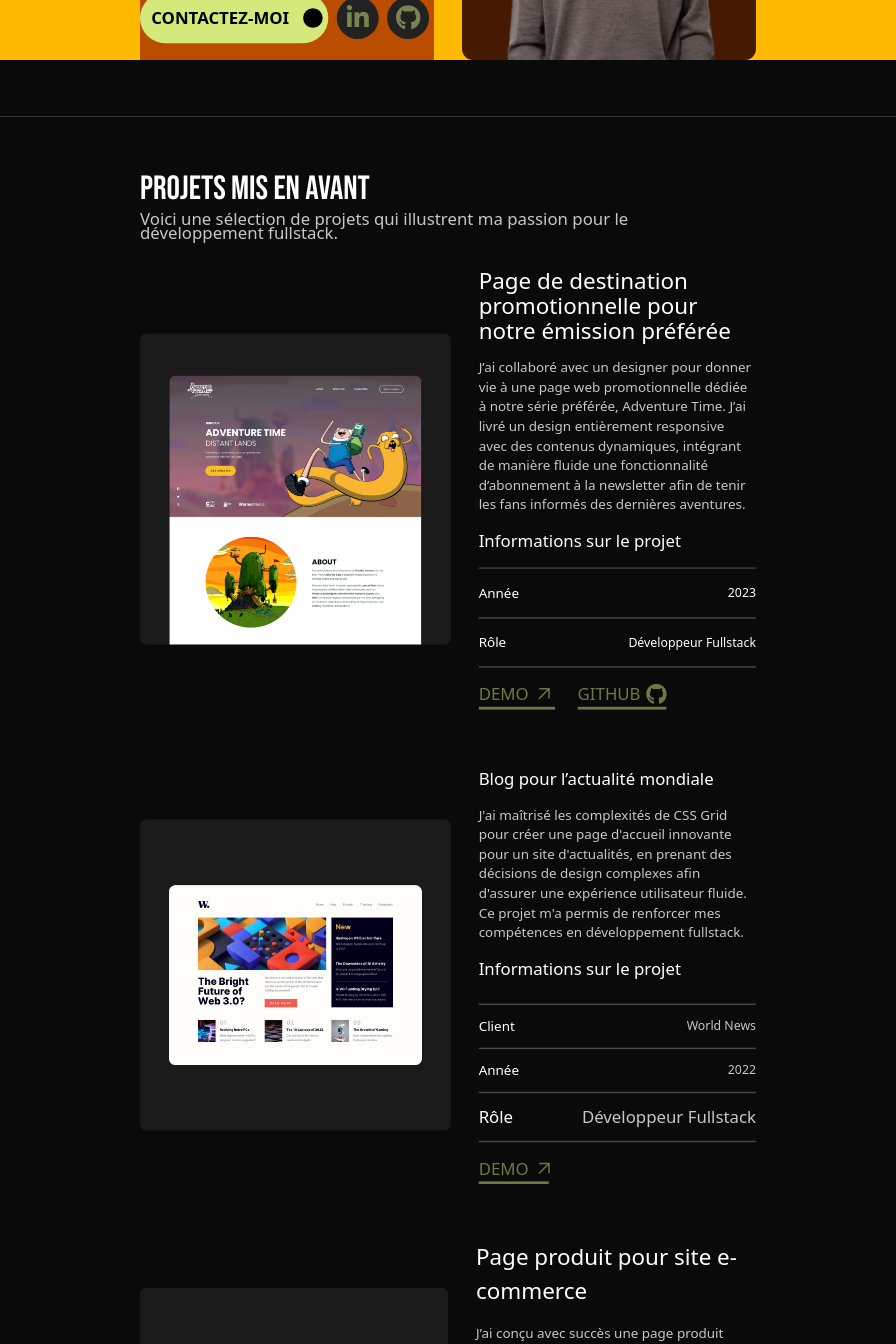
Repository: muslimdrame37-oss/Portfolio1
Page: src/index.html
An editor plug-in stored every save of this project. The page is shown before and after the next save, followed by the edit.
The browser window is 1280 px wide. The pictures show the part of the page from y = 494 to 2414 px (the page is 4420 px tall before and 4412 px after), at 70% of full size.
Some web fonts or font styles are not loaded; a fallback is used. Some web libraries are served in a nearby version.

Above is the page before, as saved 2026-02-11 20:48:59.

### src/index.html
<!doctype html>
<html lang="fr">
<head>
    <meta charset="UTF-8">
    <meta name="viewport" content="width=device-width, initial-scale=1.0">
    <meta name="description" content="Portfolio de Muslim Drame - Développeur Fullstack basé à Dakar">
    <title>Muslim Drame - Développeur Fullstack</title>

    <!-- Fonts -->
    <link rel="stylesheet" href="https://fonts.googleapis.com/css2?family=Bebas+Neue&display=swap">
    <link rel="stylesheet" href="https://fonts.googleapis.com/css2?family=Material+Symbols+Outlined:opsz,wght,FILL,GRAD@20..48,100..700,0..1,-50..200&icon_names=arrow_outward">

    <!-- Styles -->
    <link href="./output.css" rel="stylesheet">

    <!-- Icons -->
    <script src="https://kit.fontawesome.com/31ee52f68e.js" crossorigin="anonymous"></script>
</head>

<body class="bg-[#0A0A0A]">
    <!-- ========== HEADER ========== -->
    <header class="flex items-center justify-between py-4 px-5 lg:px-20">
        <h1 class="text-[#C7C7C7] text-[2rem] lg:text-4xl font-bebas">MUSLIM DRAME</h1>

        <!-- Navigation Desktop -->
        <nav class="hidden lg:flex justify-between py-8 text-[#C7C7C7] text-[1.2rem]" aria-label="Navigation principale">
            <ul class="flex gap-10">
                <li><a href="index.html" class="hover:text-[#D3E97A] transition-colors">Projets</a></li>
                <li><a href="a_propos.html" class="hover:text-[#D3E97A] transition-colors">À propos</a></li>
                <li><a href="#contact" class="hover:text-[#D3E97A] transition-colors">Contact</a></li>
            </ul>
        </nav>

        <!-- Menu Mobile -->
        <button class="lg:hidden" aria-label="Menu mobile">
            <svg xmlns="http://www.w3.org/2000/svg" height="40px" viewBox="0 -960 960 960" width="40px" fill="#484848">
                <path d="M120-680v-80h720v80H120Zm0 480v-80h720v80H120Zm0-240v-80h720v80H120Z"/>
            </svg>
        </button>
    </header>

    <!-- ========== MAIN CONTENT ========== -->
    <main>

        <!-- ========== SECTION HERO ========== -->
        <section class="px-5 mt-10 flex flex-col justify-between gap-10 lg:flex-row lg:px-50 bg-amber-400" aria-label="Section d'accueil">
            <!-- Contenu texte -->
            <div class="flex flex-col gap-5 justify-center lg:w-1/2 bg-amber-700">
                <h2 class="text-white text-[3rem] font-bebas lg:text-[5rem] lg:leading-20 leading-15 bg-black">HI, I AM <br> MUSLIM DRAME.</h2>
                <p class="text-1xl text-[#C7C7C7] lg:text-2xl">
                    Un développeur fullstack basé à Dakar, passionné par la création de sites web accessibles et conviviaux.
                </p>

                <!-- Boutons d'action -->
                <div class="flex gap-3 items-center">
                    <!-- Bouton Contact -->
                    <a href="#contact" class="bg-[#D3E97A] flex justify-between items-center pl-2 text-black font-bold text-[1rem] rounded-[100px] gap-1 lg:gap-3 py-2 lg:py-4 lg:text-[1.5rem] lg:pl-4 hover:bg-[#c5db6f] transition-colors">
                        CONTACTEZ-MOI
                        <span class="w-11 h-10 flex items-center justify-center">
                            <span class="bg-black w-4 h-4 rounded-full lg:w-7 lg:h-7"></span>
                        </span>
                    </a>

                    <!-- Réseaux sociaux -->
                    <a href="#" class="w-10 h-10 rounded-full bg-[#222222] flex justify-center items-center lg:w-15 lg:h-15 hover:bg-[#333333] transition-colors" aria-label="LinkedIn">
                        <i class="fa-brands fa-linkedin-in text-[#D3E97A] text-2xl lg:text-4xl animate-pulse"></i>
                    </a>
                    <a href="#" class="w-10 h-10 rounded-full bg-[#222222] flex justify-center items-center lg:w-15 lg:h-15 hover:bg-[#333333] transition-colors" aria-label="GitHub">
                        <i class="fa-brands fa-github text-2xl lg:text-4xl text-[#D3E97A] animate-pulse"></i>
                    </a>
                </div>
            </div>

            <!-- Image hero -->
            <div class="bg-[#C7C7C7] rounded-2xl  bg-amber-950 lg:w-1/2">
                <img src="image/image1.png" alt="Portrait de Muslim Drame" width="880" class="w-full h-auto">
            </div>
        </section>

        <!-- Séparateur -->
        <hr class="border-[#484848] border-t mt-20">

        <!-- ========== SECTION PROJETS ========== -->

        <section class="flex flex-col px-8 mt-20 lg:px-50">
            <div class="flex flex-col gap-2">
                <h2 class="text-4xl text-white font-bebas lg:text-5xl">PROJETS MIS EN AVANT</h2>
                <p class="text-2xl text-[#C7C7C7] leading-5">Voici une sélection de projets qui illustrent ma passion pour le développement fullstack.</p>
            </div>
            <div class="flex flex-col lg:flex-row gap-10 mt-10 lg:w-[1,224px] justify-center items-center">
                <div>
                    <img src="image/image2.png" alt="" class="w-4xl">
                </div>
                <!-- INFORMATION -->
                <!-- TITRE ET DESCCRIPTION -->
                <div class=" lg:w-200 flex flex-col gap-5 ">
                    <div class="flex flex-col gap-5">
                        <h2 class="text-white text-[2rem] leading-9">Page de destination promotionnelle pour notre émission préférée</h2>
                        <p class="text-[#C7C7C7] leading-7 text-[1.2rem]">J’ai collaboré avec un designer pour donner vie à une page web promotionnelle dédiée à notre série préférée, Adventure Time. J’ai livré un design entièrement responsive avec des contenus dynamiques, intégrant de manière fluide une fonctionnalité d’abonnement à la newsletter afin de tenir les fans informés des dernières aventures.</p>
                    </div>
                    <!-- INFORMATION SUR LE PROJET -->
                    <div class=" flex flex-col gap-5">
                        <h3 class="text-white text-[1.5rem]">Informations sur le projet</h3>
                        <div class="flex flex-col gap-5">
                            <div class="w-full border-[#484848] border"></div>

                            <div class="flex justify-between">
                                <p class="text-white text-[1.2rem]">Année</p>
                                <p class="text-white text-[1.1rem]">2023</p>
                            </div>

                            <div class="w-full border-[#484848] border"></div>

                            <div class="flex justify-between">
                                <p class="text-white text-[1.2rem]">Rôle</p>
                                <p class="text-white text-[1.1rem]">Développeur Fullstack</p>
                            </div>

                            <div class="w-full border-[#484848] border"></div>

                        </div>
                    </div>

                    <!-- LIEN DEMO & GITHUB -->

                    <div class="flex gap-8">
                        <a href="#">
                            <div class="animate-pulse">
                            <div class="flex items-center gap-2 ">
                                <p class="text-[#D3E97A] text-[1.5rem]">DEMO</p>
                                <svg xmlns="http://www.w3.org/2000/svg" height="30px" viewBox="0 -960 960 960" width="30px" fill="#D3E97A"><path d="M246.67-244 200-290.67l402.67-402.66H236V-760h480v480h-66.67v-366.67L246.67-244Z"/></svg>
                            </div>
                            <div class="w-full border-[#D3E97A] border-2"></div>
                        </div>
                        </a>
                        <a href="#">
                            <div class="animate-pulse">
                            <div class="flex items-center gap-2">
                                <p class="text-[#D3E97A] text-[1.5rem]">GITHUB</p>
                                <i class="fa-brands fa-github text-3xl text-[#D3E97A]"></i>
                            </div>
                            <div class="w-full border-[#D3E97A] border-2"></div>
                        </div>
                        </a>

                    </div>
                </div>
            </div>
        </section>

        <!-- PROJET 2 -->

        <section class="flex flex-col px-8 mt-20 gap-8 lg:gap-10 lg:flex-row lg:px-50 items-center">
            <div>
                <img src="image/image3.png" alt="" class="w-4xl">
            </div>
            <div class="lg:w-200 flex flex-col gap-5">
                <div class="flex flex-col gap-5">
                    <h2 class="text-white text-[1.5rem]">Blog pour l’actualité mondiale</h2>
                    <p class="text-[#C7C7C7] text-[1.2rem] leading-7">J'ai maîtrisé les complexités de CSS Grid pour créer une page d'accueil innovante pour un site d'actualités, en prenant des décisions de design complexes afin d'assurer une expérience utilisateur fluide. Ce projet m'a permis de renforcer mes compétences en développement fullstack.</p>
                </div>
                <div class="flex flex-col gap-8">
                    <div class="text-[1.5rem] text-white ">Informations sur le projet</div>
                    <div class="flex flex-col gap-4">
                        <div class="w-full border-[#484848] border "></div>
                        <div class="flex justify-between">
                            <p class="text-white text-[1.2rem]">Client</p>
                            <p class="text-[#C7C7C7] text-[1.1rem]">World News</p>
                        </div>
                        <div class="w-full border-[#484848] border "></div>
                        <div class="flex justify-between">
                            <p class="text-white text-[1.2rem]">Année</p>
                            <p class="text-[#C7C7C7] text-[1.1rem]">2022</p>
                        </div>
                        <div class="w-full border-[#484848] border "></div>
                        <div class="flex justify-between">
                            <p class="text-white text-[1.5rem]">Rôle</p>
                            <p class="text-[#C7C7C7] text-[1.5rem]">Développeur Fullstack</p>
                        </div>
                        <div class="w-full border-[#484848] border "></div>
                    </div>
                </div>
                <a href="#">
                    <div class="flex flex-col animate-pulse">
                    <div class="flex items-center gap-2">
                        <p class="text-[#D3E97A] text-[1.5rem]">DEMO</p>
                        <svg xmlns="http://www.w3.org/2000/svg" height="30px" viewBox="0 -960 960 960" width="30px" fill="#D3E97A"><path d="M246.67-244 200-290.67l402.67-402.66H236V-760h480v480h-66.67v-366.67L246.67-244Z"/></svg>
                    </div>
                    <div class="w-25 border-[#D3E97A] border-2"></div>
                </div>
                </a>
            </div>
        </section>

        <!-- PROJET 3 -->

        <section class="mt-20 flex flex-col px-8 gap-8 lg:gap-10 lg:flex-row lg:px-50 items-center">
            <img src="image/image3.png" alt="" class="w-full lg:w-1/2">
            <div class="w-full lg:w-1/2 flex flex-col gap-5">
                <div class="flex flex-col gap-5">
                    <h2 class="text-white text-[2rem]">Page produit pour site e-commerce</h2>
                    <p class="text-[#C7C7C7] text-[1.2rem] leading-8 ">J’ai conçu avec succès une page produit attrayante, intégrant une galerie dynamique en lightbox et un panier fonctionnel fluide, démontrant ma maîtrise du développement en JavaScript.</p>
                </div>
                <div class="flex flex-col gap-5">
                    <div class="text-[1.5rem] text-white lg:mt-5 ">Informations sur le projet</div>
                    <div class="flex flex-col gap-5">
                        <div class="w-full border-[#484848] border "></div>
                        <div class="flex justify-between">
                            <p class="text-white text-[1.2rem]">Année</p>
                            <p class="text-[#C7C7C7] text-[1.1rem]">2022</p>
                        </div>
                        <div class="w-full border-[#484848] border "></div>
                        <div class="flex justify-between">
                            <p class="text-white text-[1.2rem]">Rôle</p>
                            <p class="text-[#C7C7C7] text-[1.1rem]">Développeur Fullstack</p>
                        </div>
                        <div class="w-full border-[#484848] border "></div>
                    </div>
                </div>
                <!-- LIEN DÉMO & GITHUB -->
                <div class="flex gap-8 items-center">
                    <a href="#">
                        <div class="animate-pulse">
                        <div class="flex items-center gap-2">
                            <p class="text-[#D3E97A] text-[1.5rem]">DEMO</p>
                            <svg xmlns="http://www.w3.org/2000/svg" height="30px" viewBox="0 -960 960 960" width="30px" fill="#D3E97A"><path d="M246.67-244 200-290.67l402.67-402.66H236V-760h480v480h-66.67v-366.67L246.67-244Z"/></svg>
                    </div>
                    <div class="w-full border-[#D3E97A] border-2"></div>
                    </div>
                    </a>
                    <a href="#">
                        <div class="animate-pulse">
                        <div class="flex items-center gap-2">
                            <p class="text-[#D3E97A] text-[1.5rem]">GITHUB</p>
                            <i class="fa-brands fa-github text-3xl text-[#D3E97A]"></i>
                        </div>
                        <div class="w-full border-[#D3E97A] border-2"></div>
                    </div>
                    </a>
                </div>
            </div>
        </section>

        <!-- À PROPOS DE MOI -->
        <div class="w-full border-[#484848] border my-10"></div>

        <section class=" flex flex-col px-8 gap-5 lg:flex-row lg:gap-10 lg:px-50 justify-between">
            <div class="text-6xl text-white  lg:w-200 lg:text-[140px] font-bebas">À PROPOS DE MOI</div>
            <div class="lg:w-200">
                <div class="flex flex-col gap-10 ">
                    <p class="text-white text-[1.5rem] ">Je suis développeur Fullstack passionné basé à DAKAR, avec une formation en génie Informatique.</p>
                    <div class="text-[#484848] text-[1.2rem]">Je suis développeur fullstack basé à Dakar, à la recherche d’opportunités stimulantes. Avec une formation en génie informatique, je mets un point d’honneur à privilégier l’accessibilité lors du développement. Passionné et curieux, j’aime résoudre des problèmes complexes.
                    Actuellement, j’explore React.js, Laravel et m’initie également au design. En dehors du codage, j’apprécie jouer au football, la photographie et jouer à la carte. Je continue d’apprendre pour améliorer constamment mes compétences.</div>
                    <a href="a_propos.html" class="text-[#D3E97A] text-[1.5rem] underline underline-offset-8 hover:text-[#c5db6f] transition-colors">EN SAVOIR PLUS SUR MOI</a>
                </div>
            </div>
        </section>

        <hr class="border-[#484848] border-t my-10">

        <!-- ========== SECTION CONTACT ========== -->

        <section id="contact" class="flex flex-col px-8 mb-10 lg:px-50 lg:gap-10 lg:flex-row" aria-label="Formulaire de contact">
            <!-- Informations de contact -->
            <div class="flex flex-col gap-10 lg:w-200">
                <h2 class="lg:text-[100px] text-white font-bold text-4xl font-bebas">ENTRONS EN CONTACT</h2>
                <div class="flex flex-col gap-2">
                    <p class="text-[#C7C7C7] text-[1rem]">
                        Dites moi hello <a href="mailto:muslimdrame37@gmail.com" class="text-white hover:text-[#D3E97A] transition-colors">muslimdrame37@gmail.com</a>
                    </p>
                    <p class="text-white text-[1rem]">Pour en savoir plus sur moi, jetez un coup d'œil à mon <a href="#" class="text-[#D3E97A] underline underline-offset-5 hover:text-[#c5db6f] transition-colors">CV</a></p>
                </div>
                <!-- Réseaux sociaux -->
                <nav class="flex gap-5" aria-label="Réseaux sociaux">
                    <a href="#" aria-label="LinkedIn" class="hover:scale-110 transition-transform">
                        <i class="fa-brands fa-linkedin-in text-[#D3E97A] text-4xl animate-pulse"></i>
                    </a>
                    <a href="#" aria-label="GitHub" class="hover:scale-110 transition-transform">
                        <i class="fa-brands fa-github text-[#D3E97A] text-4xl animate-pulse"></i>
                    </a>
                    <a href="#" aria-label="Twitter" class="hover:scale-110 transition-transform">
                        <i class="fa-brands fa-x-twitter text-[#D3E97A] text-4xl animate-pulse"></i>
                    </a>
                    <a href="#" aria-label="Instagram" class="hover:scale-110 transition-transform">
                        <i class="fa-brands fa-instagram text-[#D3E97A] text-4xl animate-pulse"></i>
                    </a>
                </nav>
            </div>


            <form action="" method="POST" class="flex flex-col gap-5 mt-10 lg:mt-0 w-full lg:w-200">
                <div class="flex flex-col gap-3">
                    <label for="name" class="text-[#C7C7C7] text-[1.5rem]">Nom complet</label>
                    <input class="text-[#C7C7C7] bg-[#1A1A1A] px-6 py-2 rounded-lg text-[1.5rem] focus:outline-none focus:ring-2 focus:ring-[#D3E97A] transition-all" type="text" name="name" placeholder="Muslim" id="name" required>
                </div>
                <div class="flex flex-col gap-3">
                    <label for="email" class="text-[#C7C7C7] text-[1.5rem]">Email</label>
                    <input class="text-[#C7C7C7] bg-[#1A1A1A] px-6 py-2 rounded-lg text-[1.5rem] focus:outline-none focus:ring-2 focus:ring-[#D3E97A] transition-all" type="email" name="email" placeholder="votre@email.com" id="email" required>
                </div>
                <div class="flex flex-col gap-3">
                    <label for="sujet" class="text-[#C7C7C7] text-[1.5rem]">Sujet</label>
                    <input class="text-[#C7C7C7] bg-[#1A1A1A] px-6 py-2 rounded-lg text-[1.5rem] focus:outline-none focus:ring-2 focus:ring-[#D3E97A] transition-all" type="text" name="sujet" placeholder="Sujet de votre message" id="sujet" required>
                </div>
                <div class="flex flex-col gap-3">
                    <label for="message" class="text-[#C7C7C7] text-[1.5rem]">Message</label>
                    <textarea name="message" id="message" rows="6" placeholder="Votre message..." class="text-[#C7C7C7] bg-[#1A1A1A] px-6 py-2 rounded-lg text-[1.5rem] resize-none focus:outline-none focus:ring-2 focus:ring-[#D3E97A] transition-all" required></textarea>
                </div>
                <button type="submit" class="text-black bg-[#D3E97A] py-2 lg:py-4 text-[1rem] font-bold rounded-[100px] w-35 hover:bg-[#c5db6f] transition-colors cursor-pointer">Envoyer</button>
            </form>
        </section>
    </main>

    <!-- ========== FOOTER ========== -->
    <footer class="w-full pb-6">
        <div class="mx-auto flex flex-col lg:flex-row gap-2 lg:gap-8 items-center justify-between border border-white/10 bg-[#1A1A1A] px-6 py-4 text-sm text-[#C7C7C7] backdrop-blur-md">
            <!-- Copyright -->
            <p>© 2026 Muslim Drame. Tous droits réservés.</p>

            <!-- Réseaux sociaux -->
            <nav class="flex items-center gap-2 text-2xl" aria-label="Réseaux sociaux footer">
                <a href="#" class="hover:text-white transition-colors" aria-label="Facebook">
                    <i class="fa-brands fa-facebook"></i>
                </a>
                <a href="#" class="hover:text-white transition-colors" aria-label="Instagram">
                    <i class="fa-brands fa-instagram"></i>
                </a>
                <a href="#" class="hover:text-white transition-colors" aria-label="Twitter">
                    <i class="fa-brands fa-x-twitter"></i>
                </a>
                <a href="#" class="hover:text-white transition-colors" aria-label="GitHub">
                    <i class="fa-brands fa-github"></i>
                </a>
                <a href="#" class="hover:text-white transition-colors" aria-label="YouTube">
                    <i class="fa-brands fa-youtube"></i>
                </a>
            </nav>
        </div>
    </footer>

</body>
</html>

Loaded but not shown: src/output.css (2245 lines, source omitted)

After the next save:
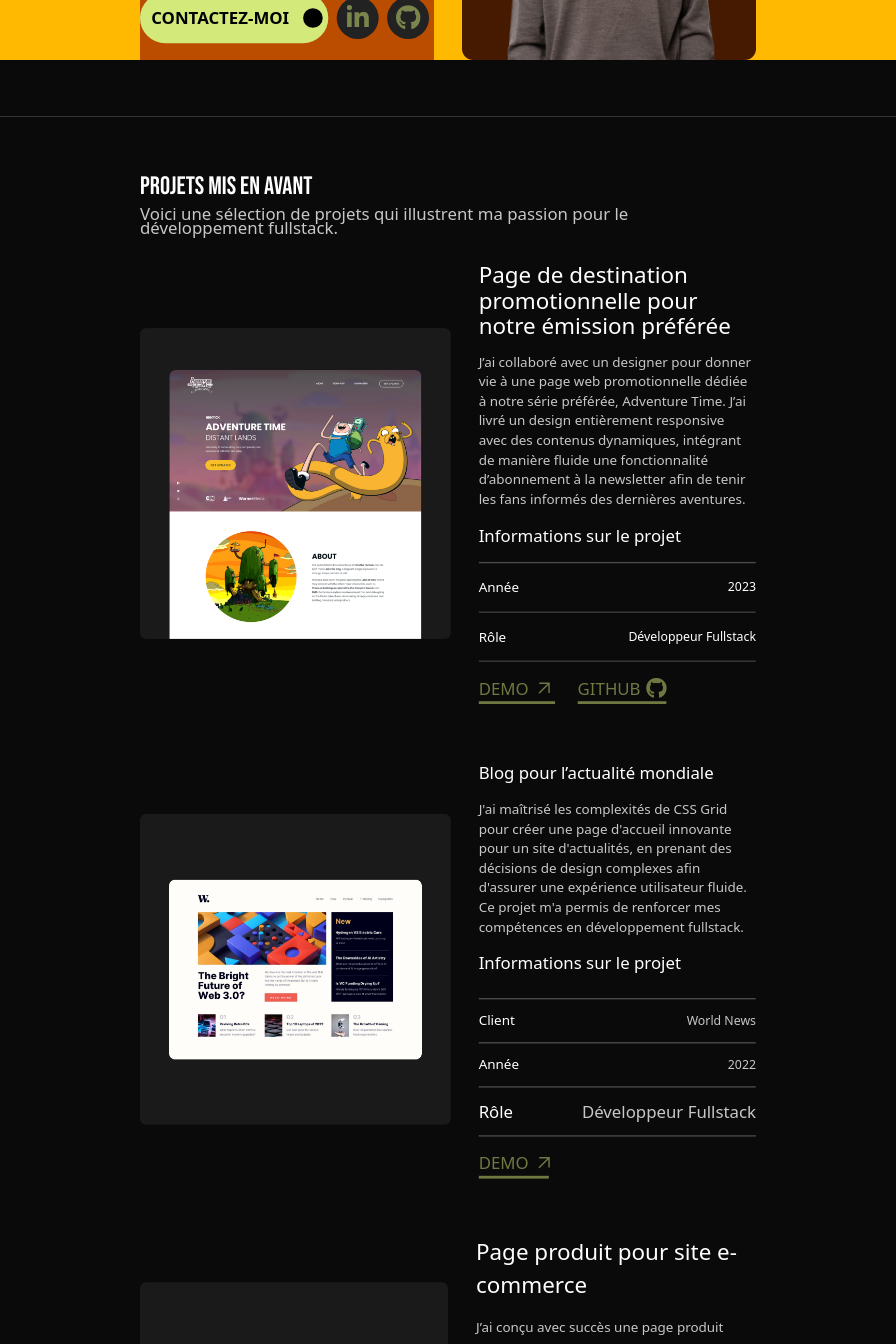
Saved 7 s later.
--- a/src/index.html
+++ b/src/index.html
@@ -84,7 +84,7 @@
 
         <section class="flex flex-col px-8 mt-20 lg:px-50">
             <div class="flex flex-col gap-2">
-                <h2 class="text-4xl text-white font-bebas lg:text-5xl">PROJETS MIS EN AVANT</h2>
+                <h2 class="text-4xl text-white font-bebas lg:text-6xl">PROJETS MIS EN AVANT</h2>
                 <p class="text-2xl text-[#C7C7C7] leading-5">Voici une sélection de projets qui illustrent ma passion pour le développement fullstack.</p>
             </div>
             <div class="flex flex-col lg:flex-row gap-10 mt-10 lg:w-[1,224px] justify-center items-center">
